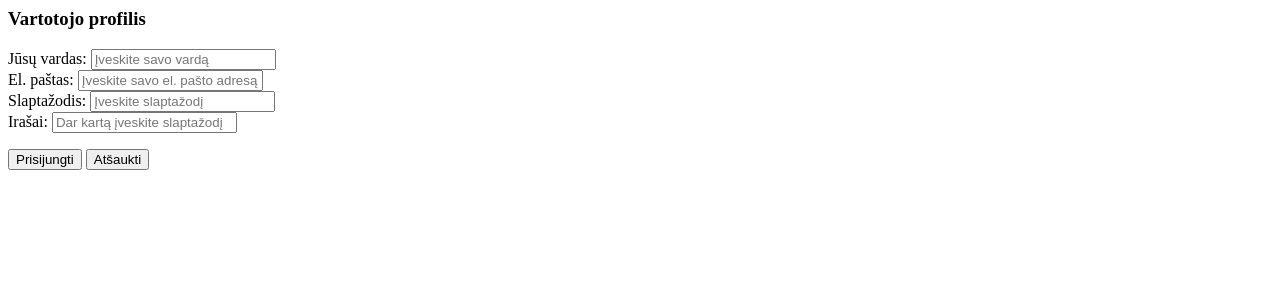
Repository: Skaidrius/Blogas
Page: templates/profile.html
The author's editor kept a record of every edit. The page is drawn from the files as they stood at one moment, then again after the next edit.
The browser window is 1280 px wide. The pictures show the whole page.

Above is the page before.

After the next edit:
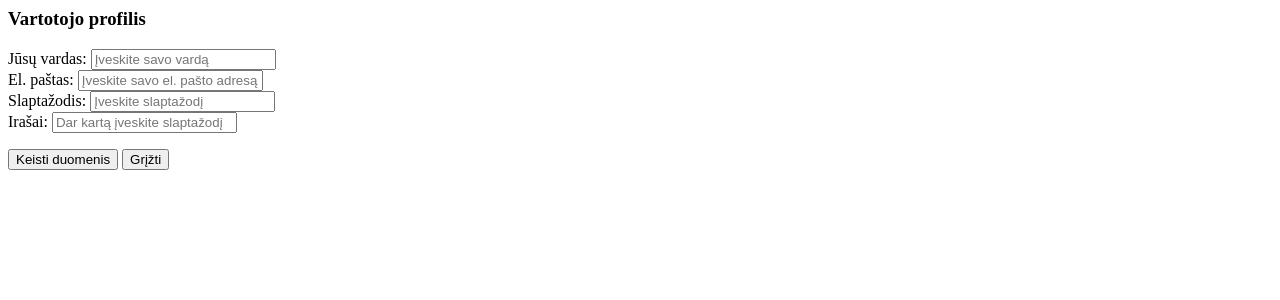
The edit:
--- a/templates/profile.html
+++ b/templates/profile.html
@@ -20,7 +20,7 @@
         </div>
     </form>
     <div class="modal-footer">
-        <button type="submit" class="btn btn-primary" ng-click="ok()">Prisijungti</button>
-        <button class="btn btn-warning" ng-click="cancel()">Atšaukti</button>
+        <button type="submit" class="btn btn-primary" ng-click="ok()">Keisti duomenis</button>
+        <button class="btn btn-warning" ng-click="cancel()">Grįžti</button>
     </div>
 </div>
